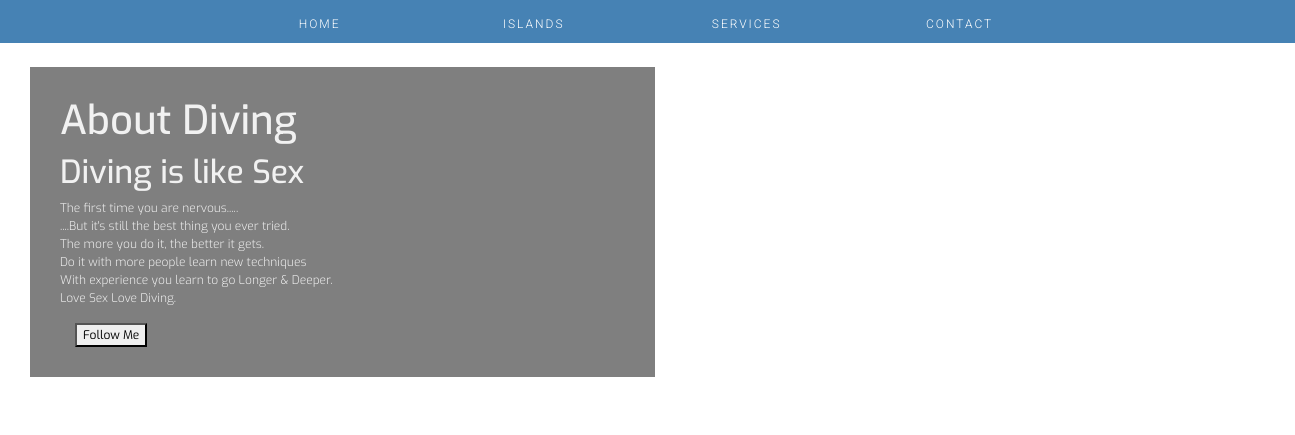
Repository: Code-Institute-Submissions/cathyann-diving.github.io
Page: home.html
The author's editor kept a record of every edit. The page is drawn from the files as they stood at one moment, then again after the next edit.
The browser window is 1280 px wide. The page is 1295 px wide, so the pictures cover 1295 px, including what lies to the right of the window. The pictures show the whole page.

Above is the page before.

### home.html
<!DOCTYPE html>
<html lang="en">

<head>
    <meta charset="UTF-8">
    <meta name="viewport" content="width=device-width, initial-scale=1.0">
    <meta http-equiv="X-UA-Compatible" content="ie=edge">
    <link rel="stylesheet" href="https://stackpath.bootstrapcdn.com/bootstrap/4.3.1/css/bootstrap.min.css" type="text/css">
    <link rel="stylesheet" href="https://stackpath.bootstrapcdn.com/font-awesome/4.7.0/css/font-awesome.min.css" type="text/css">
    <link rel="stylesheet" href="https://cdnjs.cloudflare.com/ajax/libs/hover.css/2.3.1/css/hover-min.css" type="text/css">
    <link rel="stylesheet" href="assets/css/style.css" type="text/css">
    <title>Diving</title>
</head>

<body>
    <div class="row">
        <div class="navbar">
            <div class="col">
                <ul id="nav" class="list-inline menucontainer">
                    <li class="col-0 col-sm-0 col-lg-2 list-inline-item menuitem"></li>
                    <li class="col-6 col-sm-3 col-lg-2 list-inline-item menuitem">
                        <a href="home.html" class="hvr-sweep-to-bottom"><span>Home</span></a>
                    </li>
                    <li class="col-6 col-sm-3 col-lg-2 list-inline-item menuitem">
                        <a href="islands.html" class="hvr-sweep-to-bottom"><span>Islands</span></a>
                    </li>
                    <li class="col-6 col-sm-3 col-lg-2 list-inline-item menuitem">
                        <a href="services.html" class="hvr-sweep-to-bottom"><span>Services</span></a>
                    </li>
                    <li class="col-6 col-sm-3 col-lg-2 list-inline-item menuitem">
                        <a href="contact.html" class="hvr-sweep-to-bottom"><span>Contact</span></a>
                    </li>
                    <li class="col-0 col-sm-0 col-lg-2 list-inline-item menuitem"></li>
                </ul>
            </div>
        </div>
    </div>
    <div class="col">
        <div class="main container" id="Home">
            <img src="#" alt="">
            <div class="content col-12 col-sm-6 col-lg-6">
                <h1>About Diving</h1>
                <h2>Diving is like Sex</h2>
                <p>The first time you are nervous.....<br> ....But it's still the best thing you ever tried.<br> The more you do it, the better it gets.<br> Do it with more people learn new techniques<br> With experience you learn to go Longer & Deeper.<br>                    Love Sex Love Diving.
                </p>

                <div class="container">
                <button type="button">Follow Me</button>


            </div>
        </div>
    </div>
    </div>






</body>

</html>

### assets/css/style.css
@import url('https://fonts.googleapis.com/css?family=Roboto:100,200,300,400,500,600,700|Exo:100,200,300,400,500,600,700');

/*--------------------------------------------bg image */

.bg-landing {
    position: fixed;
    background-image: url("../images/jellyfish.jpg");
    display: inline-block;
    background-position: center;
    background-repeat: no-repeat;
    background-size: cover;
    height: 100%;
    width: 100%;
    transition: all .5s ease-in-out;
    -moz-transition: all .5s ease-in-out;
    -webkit-transition: all .5s ease-in-out;
}

.bg-home {
    position: fixed;
    background-image: url("../images/diver.jpg");
    display: inline-block;
    background-position: center;
    background-repeat: no-repeat;
    background-size: cover;
    height: 100%;
    width: 100%;
    transition: all .5s ease-in-out;
    -moz-transition: all .5s ease-in-out;
    -webkit-transition: all .5s ease-in-out;
}

.bg-islands {
    position: fixed;
    background-image: url("../images/beach.jpg");
    display: inline-block;
    background-position: center;
    background-repeat: no-repeat;
    background-size: cover;
    height: 100%;
    width: 100%;
    transition: all .5s ease-in-out;
    -moz-transition: all .5s ease-in-out;
    -webkit-transition: all .5s ease-in-out;
}

.bg-services {
    position: fixed;
    background-image: url("../images/nemo.jpg");
    display: inline-block;
    background-position: center;
    background-repeat: no-repeat;
    background-size: cover;
    height: 100%;
    width: 100%;
    transition: all .5s ease-in-out;
    -moz-transition: all .5s ease-in-out;
    -webkit-transition: all .5s ease-in-out;
}

.bg-contact {
    position: fixed;
    background-image: url("../images/sea.jpg");
    display: inline-block;
    background-position: center;
    background-repeat: no-repeat;
    background-size: cover;
    height: 100%;
    width: 100%;
    transition: all .5s ease-in-out;
    -moz-transition: all .5s ease-in-out;
    -webkit-transition: all .5s ease-in-out;
}

/*--------------------------------------------btn */

.btn {
    position: absolute;
    top: 50%;
    left: 50%;
    transform: translate(-50%, -50%);
    -ms-transform: translate(-50%, -50%);
    background-color: #6495ed;
    color: #00008B;
    font-size: 16px;
    font-family: "Roboto", sans-serif;
    font-weight: 400;
    padding: 10px 30px;
    border: none;
    border-radius: 5px;
    text-align: center;
}

.btn span {
    display: inline-block;
    position: relative;
    transition: 0.5s;
}

.btn span:after {
    content: '\00bb';
    position: absolute;
    opacity: 0;
    top: 0;
    right: -20px;
    transition: 0.5s;
}

.btn:hover span {
    padding-right: 25px;
}

.btn:hover span:after {
    opacity: 1;
    right: 0;
}

.button {
    margin-top: 5px;
    margin-bottom: 10px;
    color: #00008B;
    background-color: #4682B4;
    padding: 5px 10px;
    border: none;
    font-family: "EXO", sans-serif;
}

.button a {
    text-decoration: none;
}

/*--------------------------------------------navbar */

.navbar {
    background-color: #4682B4;
    top: 0;
    width: 100%;
    padding: 0px;
}

.navbar a {
    display: block;
    color: #fff;
    text-align: center;
    padding: 10px 18px;
    text-decoration: none;
    font-size: 12px;
}

#nav li {
    font-size: 12px;
    padding: 0;
}

#nav {
    margin: 0;
}

.menuitem span {
    display: block;
    width: 100%;
    padding-top: 5px;
    text-align: center;
    text-transform: uppercase;
    font-family: "Roboto", sans-serif;
    font-size: 12px;
    font-weight: 300;
    letter-spacing: 2px;
}

.list-inline-item:not(:last-child) {
    margin: 0;
}

.menucontainer {
    font-size: 0;
}

/*--------------------------------------------Hover.css*/

.hvr-sweep-to-bottom:before {
    background: #008B8B;
    height: 100%;
    color: black;
}


/*--------------------------------------------Content */

.container {
    position: relative;
    max-width: 100%;
    margin: auto;
    height: 50%;
}


.container .content {
    position: absolute;
    background: rgb(0, 0, 0, 0.5);
    color: #f1f1f1;
    font-family: "EXO", sans-serif;
    font-size: 12px;
    font-weight: 300;
    padding: 30px;
}

.islands-intro {
    position: relative;
    margin: auto;
    max-width: 80%;
    color: #fff;
}

.islands-intro .contents {
    background: rgb(0, 0, 0, 0.5);
    color: #f1f1f1;
    font-family: "EXO", sans-serif;
    font-size: 12px;
    font-weight: 300;
    padding: 20px;
    text-align: justify;
}

.dive-center {
    position: relative;
    max-width: 50%;
    margin: 20px;
    background: rgb(0, 0, 0, 0.5);
    color: #f1f1f1;
    font-family: "EXO", sans-serif;
    font-size: 12px;
    font-weight: 300;
    padding: 20px;
    text-align: left;
}


/*--------------------------------------------Contact Form */

h3 {
    margin: 10px;
}

.contact-heading {
    font-family: "Exo", sans-serif;
    font-weight: 300;
    color: #fff;
}

.center-form {
    padding: 10px;
    margin: 0 auto;
    max-width: 40%;
}

button[type="submit"] {
    margin-top: 30px;
    margin-bottom: 20px;
    color: #fafafa;
    background-color: #4682B4;
}

.form-control {
    border: 1px solid black;
    font-family: inherit;
    background-color: #B0C4DE;
}


.social-links {
    position: relative;
    padding-bottom: 10px;
}

.social-links li a i {
    width: 32px;
    height: 32px;
    padding: 10px 0;
    border-radius: 50%;
    font-size: 13px;
    line-height: 7px;
    text-align: center;
    color: #fafafa;
    background: #8f8f8f;
    transition: all 0.35s ease-in-out;
    -moz-transition: all 0.35s ease-in-out;
    -webkit-transition: all 0.35s ease-in-out;
    -o-transition: all 0.35s ease-in-out;
}

.social-links li a i:hover {
    background: #e84610;
}

.uppercase {
    text-transform: uppercase;
}

.list-inline {
    text-align: center;
}

/*--------------------------------------------islands heading */

.islands-intro {
    padding: 30px;
}



/*--------------------------------------------media */

@media(max-width: 576px) {
    .dive-center {
        max-width: 100%;
    }

    .center-form {
        padding: 10px;
        margin: 0 auto;
        max-width: 70%;
    }

    .container-contact {
        height: 80%;
        width: 80%;
    }
}

}

After the next edit:
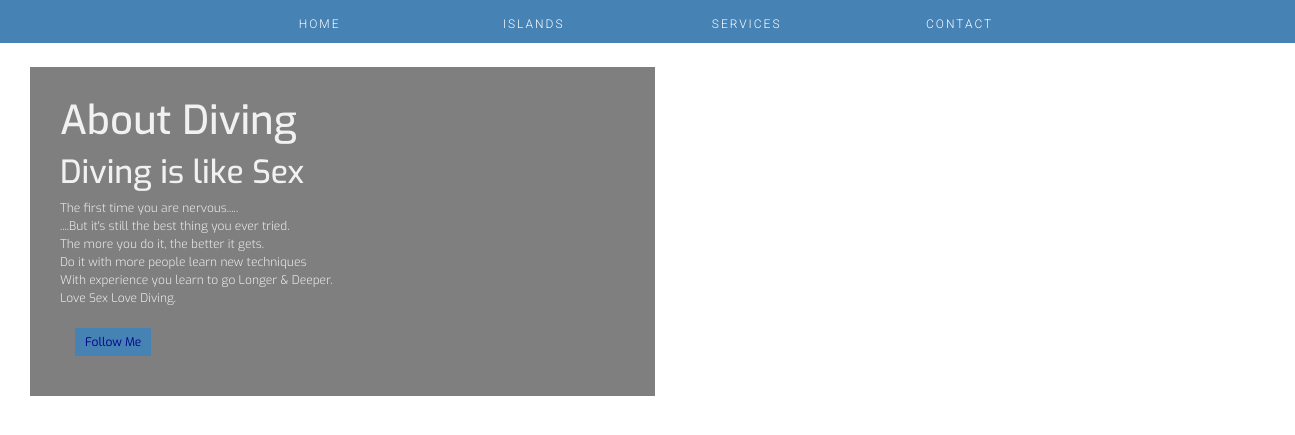
The edit:
--- a/home.html
+++ b/home.html
@@ -43,11 +43,9 @@
                 <h2>Diving is like Sex</h2>
                 <p>The first time you are nervous.....<br> ....But it's still the best thing you ever tried.<br> The more you do it, the better it gets.<br> Do it with more people learn new techniques<br> With experience you learn to go Longer & Deeper.<br>                    Love Sex Love Diving.
                 </p>
-
                 <div class="container">
-                <button type="button">Follow Me</button>
-
-
+                    <button type="button" class="button">Follow Me</button>
+                </div>
             </div>
         </div>
     </div>
